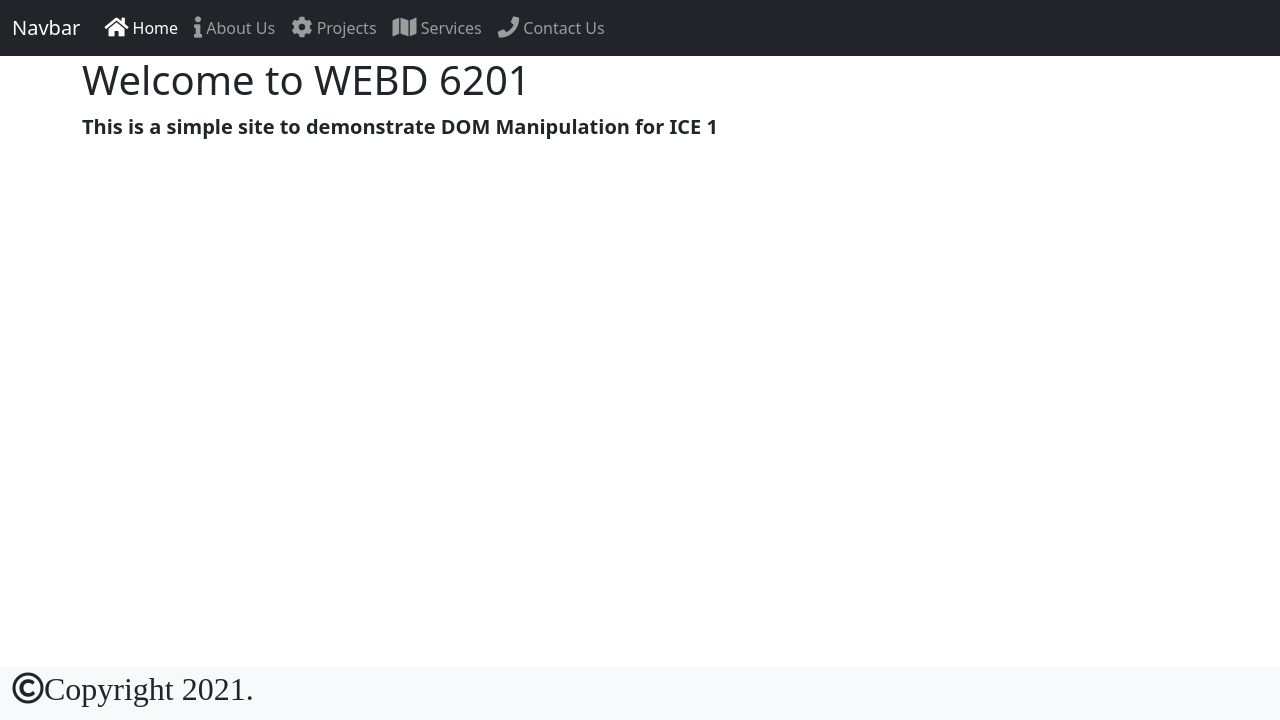
Repository: vans12345678/WEBD6201-W2021-Week3
Page: index.html
An editor plug-in stored every save of this project. The page is shown before and after the next save, followed by the edit.
The browser window is 1280 px wide. The pictures show the whole page.

Above is the page before, as saved 2021-01-20 21:21:20.

After the next save:
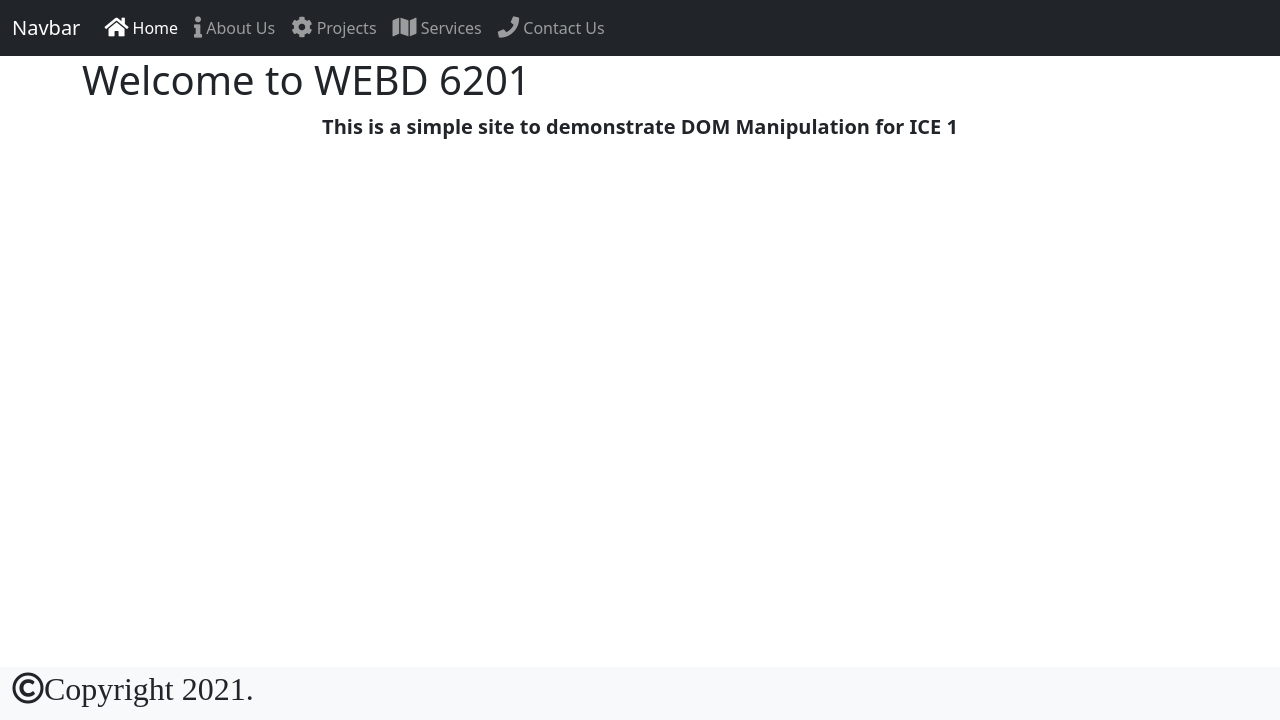
Saved 72 s later.
--- a/Scripts/app.js
+++ b/Scripts/app.js
@@ -17,7 +17,7 @@
 
         paragraphOneElement.textContent = paragraphOneText;
         //paragraphOneElement.style = "color: blue; font-weight: bold;";
-        paragraphOneElement.className = "fs-5 fw-bold";
+        paragraphOneElement.className = "fs-5 fw-bold text-center";
 
 
         console.log(paragraphOneElement);
